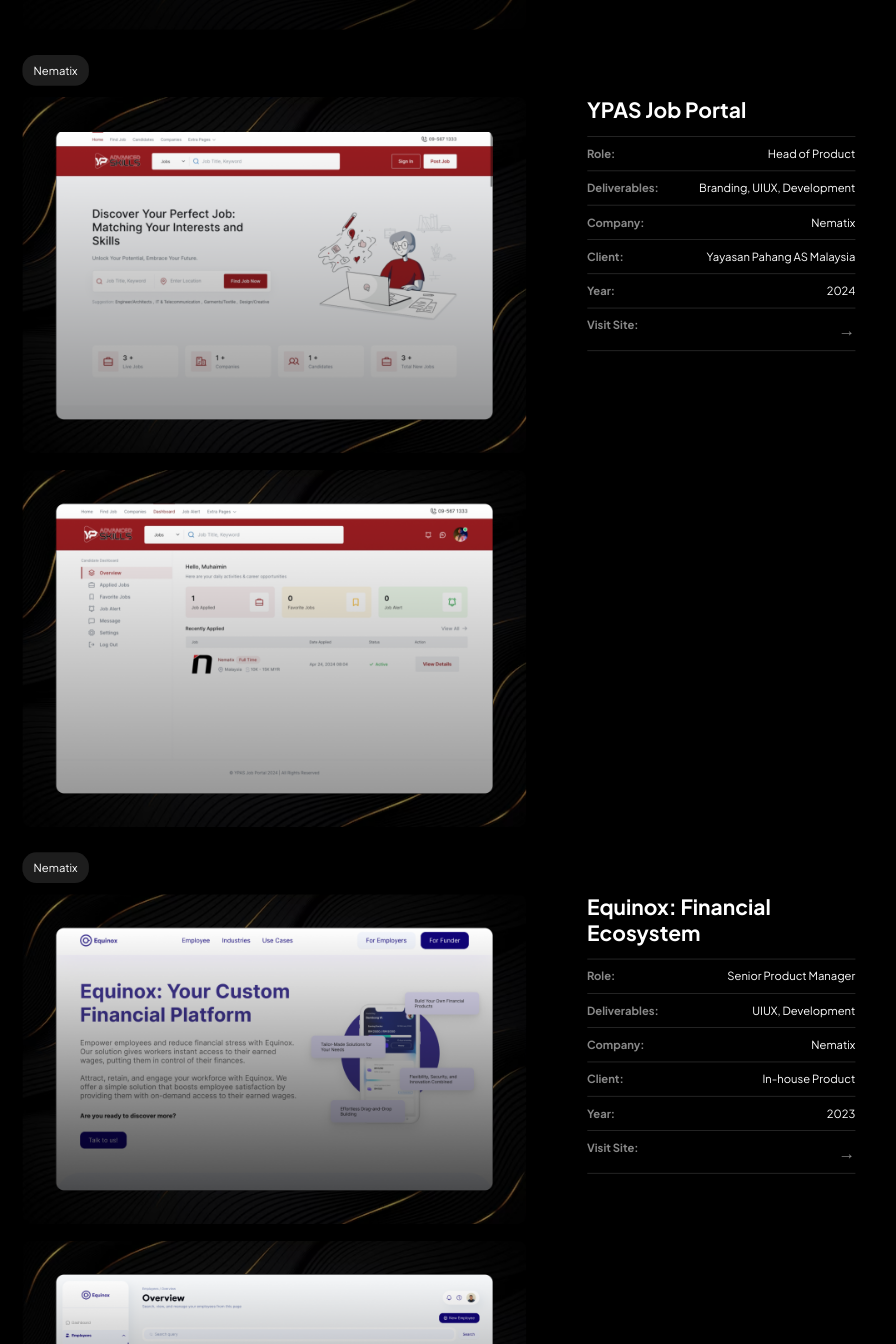
Repository: paskasiregar/paskafolio_v6
Page: /
The author's editor kept a copy of each file at every save. The page is drawn from the files as they stood at one save, then again after the next save.
The browser window is 1280 px wide. The pictures show the part of the page from y = 2021 to 3941 px (the page is 7127 px tall), at 70% of full size.
The project was rebuilt for these pictures with package versions that can differ from the ones it lists, and the page was loaded fresh each time. The framework's server and built-in components were replaced by stand-ins that run in the browser. Also part of the build but not shown: next.config.mjs.

Above is the page before, as saved 2024-09-06 21:25:17.

After the next save:
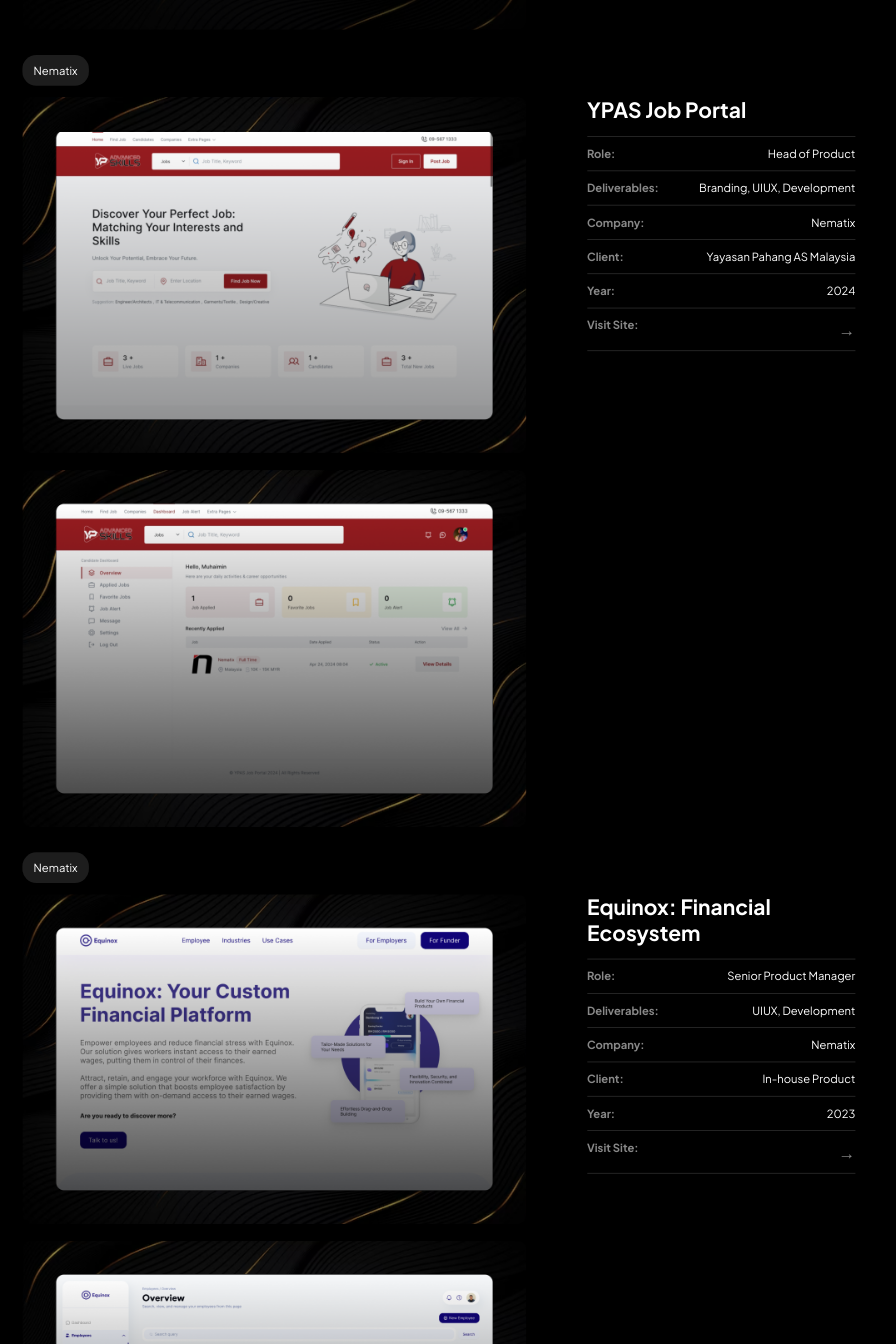
Saved 12 s later.
--- a/src/app/components/projects.jsx
+++ b/src/app/components/projects.jsx
@@ -21,8 +21,8 @@
     year: "2024",
     link: "https://getjob.framer.website/",
     images: [
-      { src: "/assets/ypas-3.png", alt: "YPAS GetJob" },
-      { src: "/assets/ypas-4.png", alt: "YPAS GetJob" },
+      { src: "/assets/ypas-1.png", alt: "YPAS GetJob" },
+      { src: "/assets/ypas-2.png", alt: "YPAS GetJob" },
     ],
   },
 
